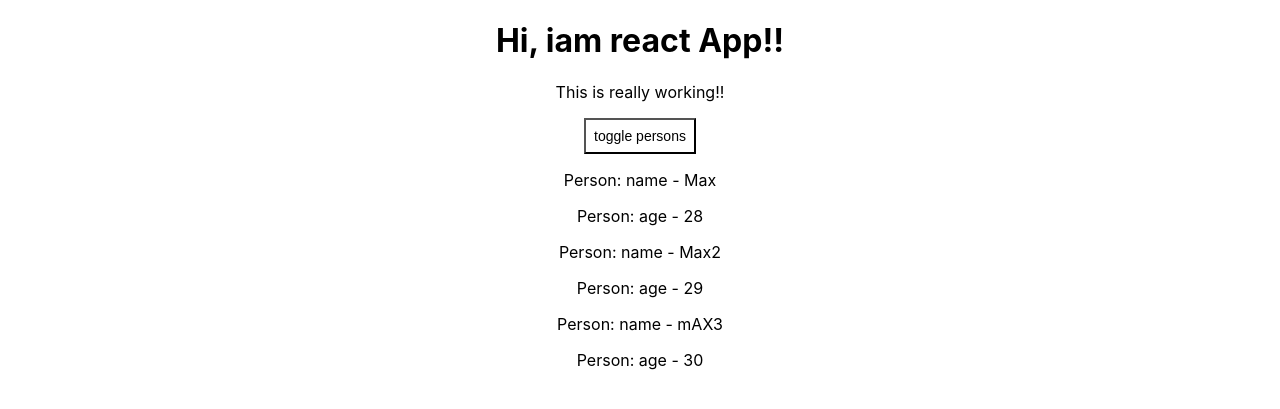
Repository: RohitMalik2/Rohit_react
Page: /, after clicking the first element matching `button`
An editor plug-in stored every save of this project. The page is shown before and after the next save, followed by the edit.
The browser window is 1280 px wide. The pictures show the whole page.
The project was rebuilt for these pictures with package versions that can differ from the ones it lists, and the page was loaded fresh each time.

Above is the page before, as saved 2019-11-21 22:08:55.

### src/App.js
import React, { Component } from 'react';
import logo from './logo.svg';
import './App.css';
import Person from './Person/Person'

class App extends Component {

  state = {
    persons: [
      { name: 'Max', age: 28 },
      { name: 'Max2', age: 29 },
      { name: 'mAX3', age: 30 }
    ],
    otherState: 'some other state',
    showPersons: false
  }
/*
  switchNameHandler = (newName) => {
    // Don't do this: this.state.persons[0].name = 'Maximilian'
    this.setState({
      persons: [
        { name: newName, age: 35 },
        { name: 'Max2', age: 29 },
        { name: 'mAX3', age: 30 }
      ],
      otherState: 'some other state'
    });
  }

  nameChangeHandler = (event) => {
    this.setState({
      persons: [
        { name: 'Yash', age: 13 },
        { name: event.target.value, age: 13 },
        { name: 'Yash', age: 13 }
      ]
    })
  } */

  deletePersonHandler = (index) => {
    const persons = this.state.persons;
    persons.splice(index, 1);
    this.setState({persons: persons});
  }

  togglePersonsHandler = () => {
    const currentState = this.state.showPersons;
    this.setState({ showPersons: !currentState });
  }
  render() {
    const style = {
      fontSize: '14px',
      backgroundColor: 'White',
      border: '1px soild blue',
      padding: '8px'
    };

    let persons = null;
    if (this.state.showPersons) {
      persons = (
        <div>
          {/* iterating through a list of items */}
          {this.state.persons.map((person, index) => {
            return <Person click={() => this.deletePersonHandler(index)} name={person.name} age={person.age} />;
          })}

          {/*  <Person
            name={this.state.persons[0].name}
            age={this.state.persons[0].age} />
          <Person
            name={this.state.persons[1].name}
            age={this.state.persons[1].age} />
          <Person
            name={this.state.persons[2].name}
            age={this.state.persons[2].age} /> */}
        </div>
      );
    }
    return (
      <div className="App">
        <h1>Hi, iam react App!!</h1>
        <p>This is really working!!</p>
        <button style={style} onClick={this.togglePersonsHandler}>toggle persons</button>
        {persons}
      </div>
    );
  };

}

export default App;

### src/Person/Person.js
import React from 'react';

const Person = (props) =>{
    return (
       <div>
            <p>Person: name - {props.name}</p>
            <p>Person: age - {props.age}</p>

       </div>
    );
};

export default Person;

Loaded but not shown: public/index.html (common file); src/index.js (common file); src/index.css (common file); src/serviceWorker.js (common file); src/App.css (common file)

After the next save:
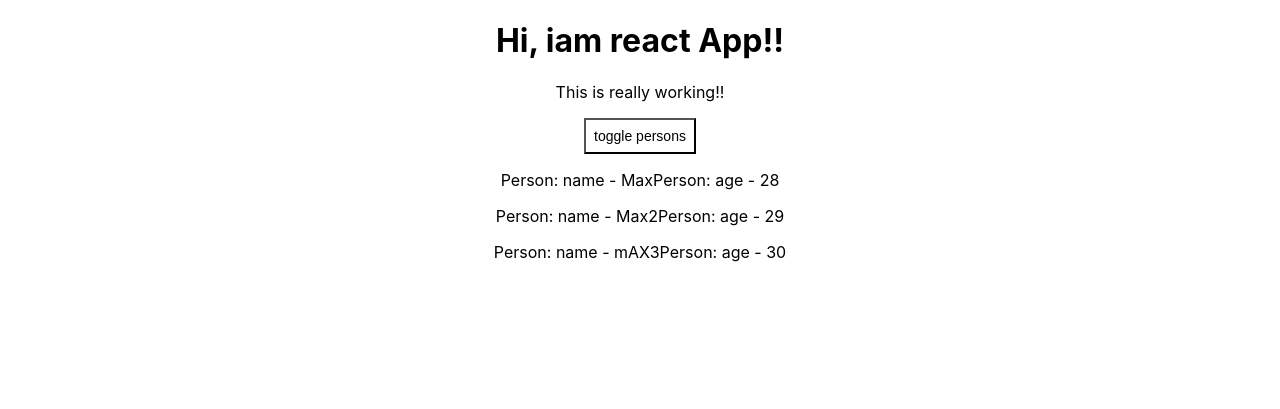
Saved 11 min 44 s later.
--- a/src/Person/Person.js
+++ b/src/Person/Person.js
@@ -3,9 +3,7 @@ import React from 'react';
 const Person = (props) =>{
     return (
        <div>
-            <p>Person: name - {props.name}</p>
-            <p>Person: age - {props.age}</p>
-
+            <p>Person: name - {props.name}Person: age - {props.age}</p>
        </div>
     );
 };
